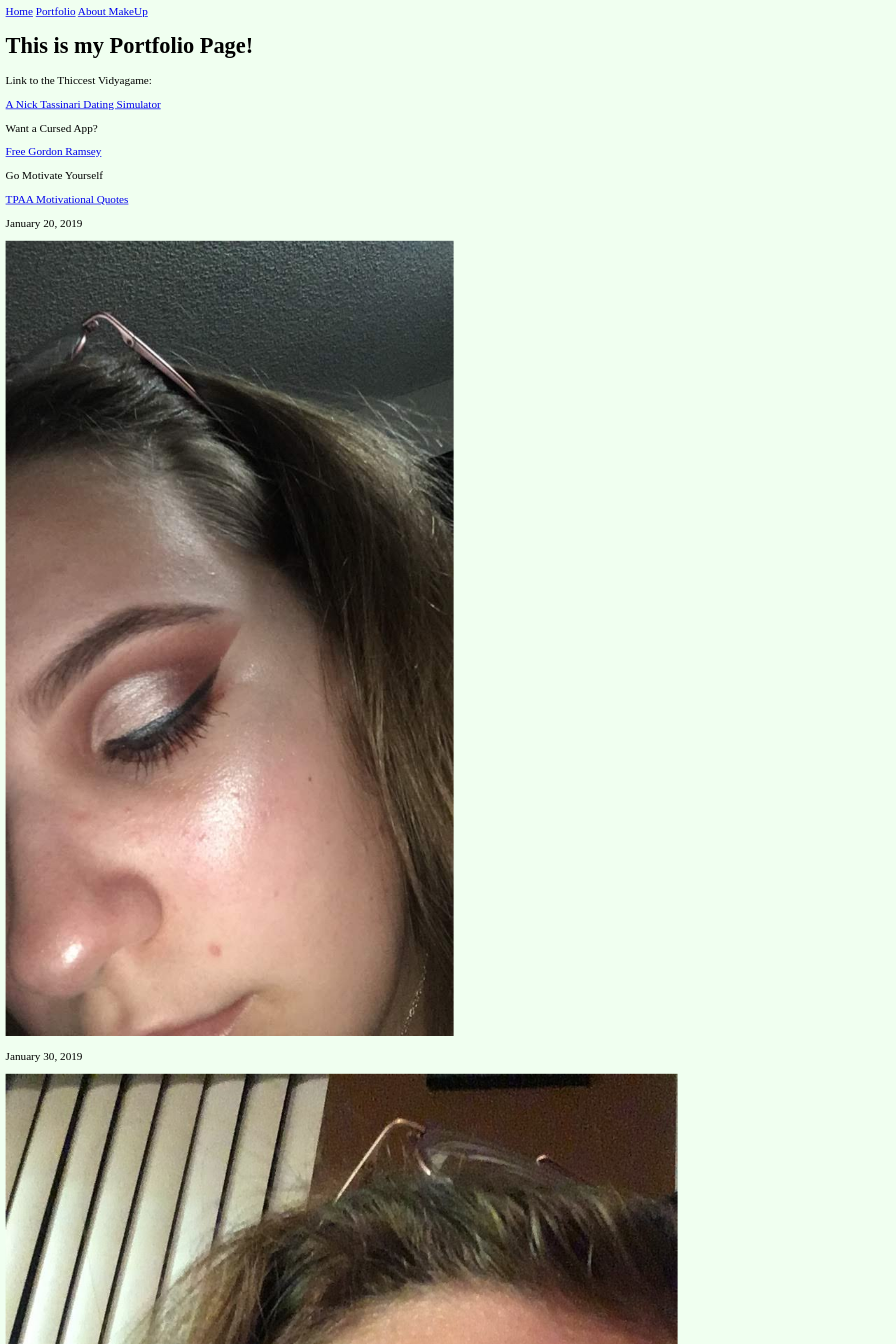
Repository: EMcmurray1862/emcmurray1862.github.io
Page: my_website/makeup.html
The author's editor kept a record of every edit. The page is drawn from the files as they stood at one moment, then again after the next edit.
The browser window is 1280 px wide. The pictures show the part of the page from y = 0 to 1920 px (the page is 10898 px tall before and 10746 px after), at 70% of full size.

Above is the page before.

### my_website/makeup.html
<!doctype html>
	<html lang="en">
	  <head>
	    <meta charset="utf-8">
	    <title>Makeup</title>
	  </head>
	  <body style="background-color:honeydew;">
    <a href="index.html">Home</a>
    <a href="portfolio.html">Portfolio</a>
    <a href="about_me.html">About </a>
    <a href="makeup.html">MakeUp </a>
    <h1>This is my Portfolio Page!</h1>
    <p>Link to the Thiccest Vidyagame: </p>
    <a href="https://scratch.mit.edu/projects/242534760/">A Nick Tassinari Dating Simulator</a>
    <p>Want a Cursed App? </p>
     <a href="http://ai2.appinventor.mit.edu/?locale=en#4656090778304512">Free Gordon Ramsey</a>
     <p>Go Motivate Yourself</p>
     <a href="GodQuotes.apk">TPAA Motivational Quotes</a>
      <p>January 20, 2019</p>
    <img src="images/brown_cutcrease.JPG">
      <p>January 30, 2019</p>
    <img src="images/rainbow_cutcrease.jpg">
    <p>February 14, 2019</p>
    <img src="images/valentines_look.jpg">
    <p>August 2, 2019</p>
    <img src="images/yellow_cutcrease.JPG">
    <p>August 23, 2019</p>
    <img src="images/purple_yellow_fair.jpg">
    <p>August 30, 2019</p>
    <img src="images/blue_cutcrease.JPG">
    <p>September 6, 2019</p>
    <img src="images/purple_blue_glitter.JPG">
    <img src="images/green_glitter.JPG">
    <p>September 13, 2019</p>
    <img src="images/red_black.JPG">
    <br>
    <a target="_blank" href="https://scratch.mit.edu">
    </a>
	  </body>
	</html>

After the next edit:
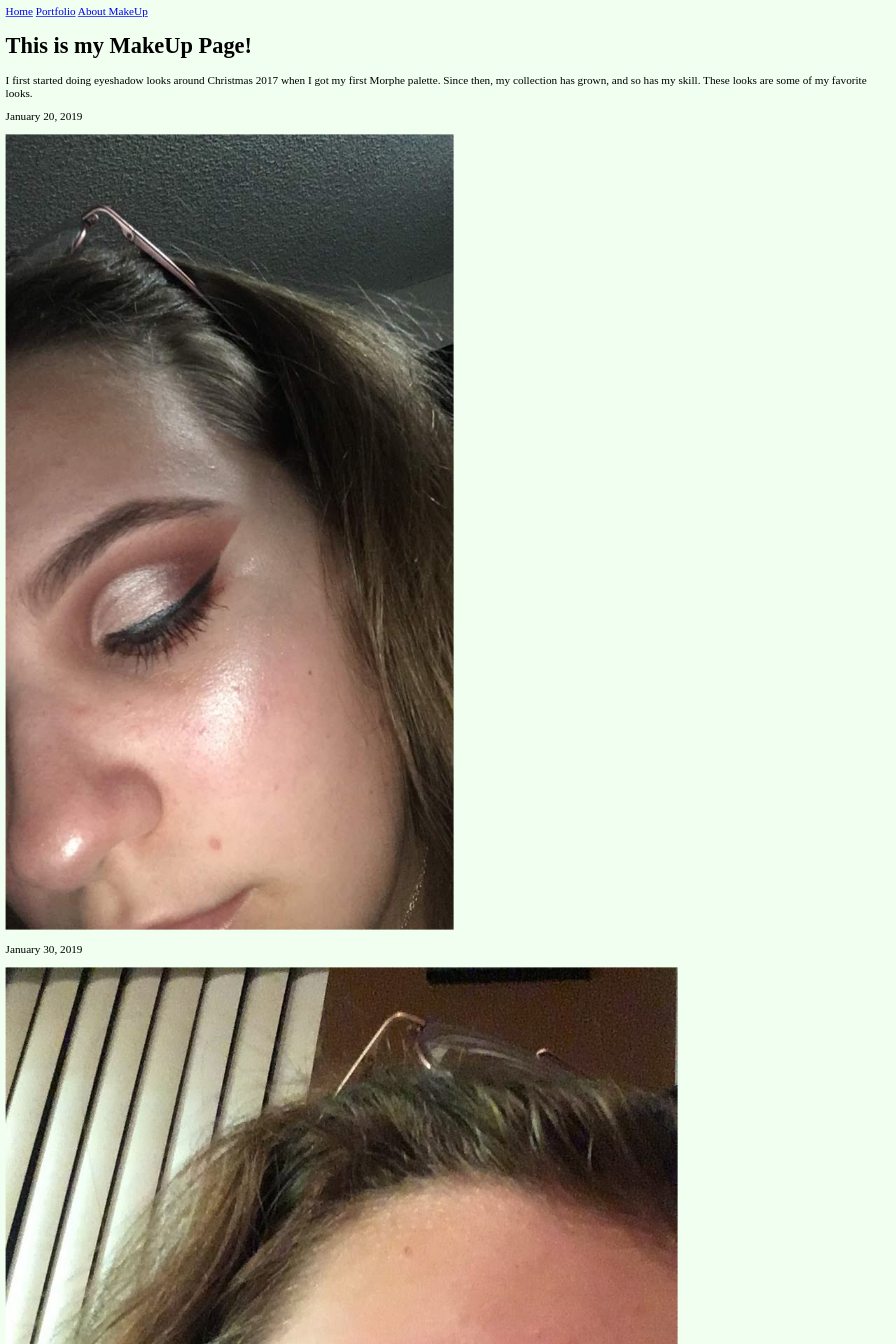
The edit:
--- a/my_website/makeup.html
+++ b/my_website/makeup.html
@@ -9,13 +9,8 @@
     <a href="portfolio.html">Portfolio</a>
     <a href="about_me.html">About </a>
     <a href="makeup.html">MakeUp </a>
-    <h1>This is my Portfolio Page!</h1>
-    <p>Link to the Thiccest Vidyagame: </p>
-    <a href="https://scratch.mit.edu/projects/242534760/">A Nick Tassinari Dating Simulator</a>
-    <p>Want a Cursed App? </p>
-     <a href="http://ai2.appinventor.mit.edu/?locale=en#4656090778304512">Free Gordon Ramsey</a>
-     <p>Go Motivate Yourself</p>
-     <a href="GodQuotes.apk">TPAA Motivational Quotes</a>
+    <h1>This is my MakeUp Page!</h1>
+      <p>I first started doing eyeshadow looks around Christmas 2017 when I got my first Morphe palette. Since then, my collection has grown, and so has my skill. These looks are some of my favorite looks.</p></p>
       <p>January 20, 2019</p>
     <img src="images/brown_cutcrease.JPG">
       <p>January 30, 2019</p>
